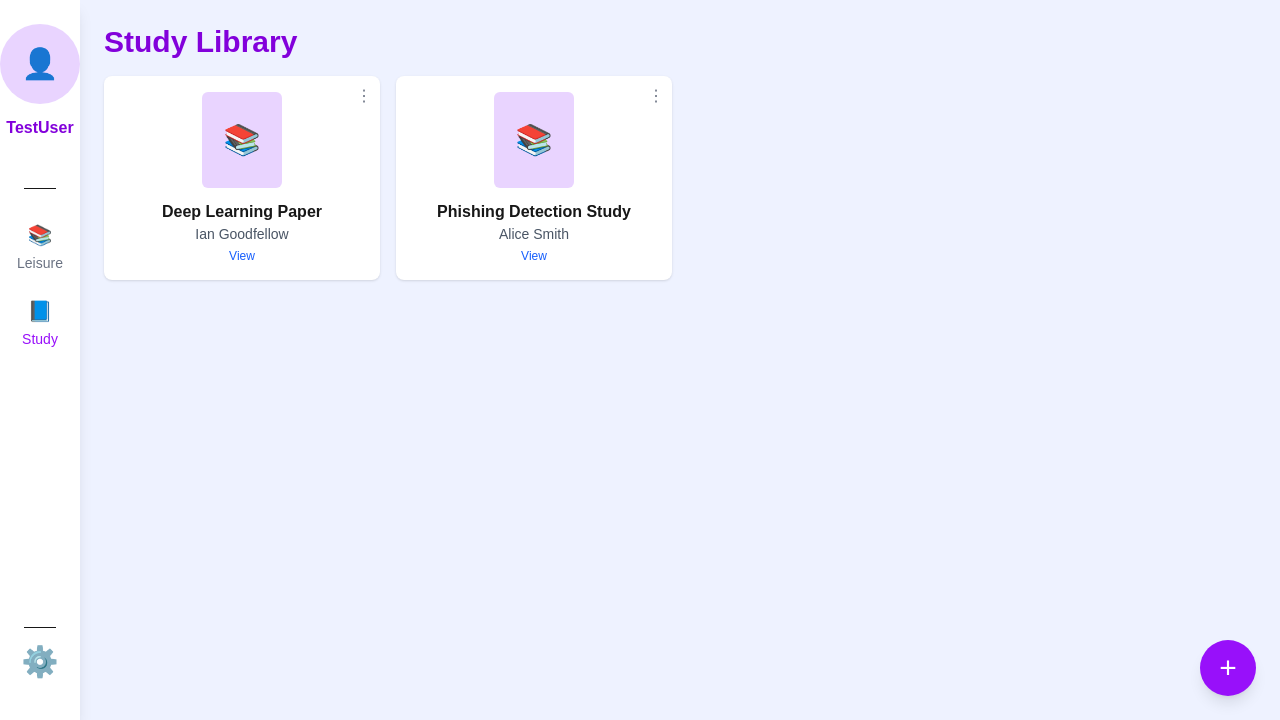
Repository: ramosfranz/bookie
Page: /dashboard
These files come from the project's save history. The page is drawn as it stood at one moment and after the next save; the edit follows.
The browser window is 1280 px wide. The pictures show the whole page.
The project was rebuilt for these pictures with package versions that can differ from the ones it lists, and the page was loaded fresh each time. The framework's server and built-in components were replaced by stand-ins that run in the browser. Also part of the build but not shown: next.config.ts.

Above is the page before, as saved 2025-11-20 12:45:50.

### src/app/layout.tsx
import type { Metadata } from "next";
import { Geist, Geist_Mono } from "next/font/google";
import "./globals.css";

const geistSans = Geist({
  variable: "--font-geist-sans",
  subsets: ["latin"],
});

const geistMono = Geist_Mono({
  variable: "--font-geist-mono",
  subsets: ["latin"],
});

export const metadata: Metadata = {
  title: "Bookie",
  description: "Generated by create next app",
};

export default function RootLayout({
  children,
}: Readonly<{
  children: React.ReactNode;
}>) {
  return (
    <html lang="en">
      <body
        className={`${geistSans.variable} ${geistMono.variable} antialiased`}
      >
        {children}
      </body>
    </html>
  );
}

### src/app/dashboard/page.tsx
// src/app/dashboard/page.tsx
"use client";

import { useState } from "react";

// Hardcoded dummy user
const dummyUser = {
  id: "00000000-0000-0000-0000-000000000001",
  email: "test@example.com",
  username: "TestUser",
  avatar_url: "",
  preferences: {},
};

// Dummy libraries
const initialResearchLibrary = [
  { id: "1", title: "Deep Learning Paper", authors: ["Ian Goodfellow"], url: "https://example.com/dl-paper.pdf" },
  { id: "2", title: "Phishing Detection Study", authors: ["Alice Smith"], url: "https://example.com/phishing-study.pdf" },
];

const initialLeisureLibrary = [
  { id: "1", title: "Harry Potter", authors: ["J.K. Rowling"], url: "https://example.com/harry-potter" },
  { id: "2", title: "The Hobbit", authors: ["J.R.R. Tolkien"], url: "https://example.com/the-hobbit" },
];

export default function Dashboard() {
  const user = dummyUser;
  const [activeTab, setActiveTab] = useState<"research" | "leisure">("research");
  const [researchLibrary, setResearchLibrary] = useState(initialResearchLibrary);
  const [leisureLibrary, setLeisureLibrary] = useState(initialLeisureLibrary);

  // Form state
  const [formTitle, setFormTitle] = useState("");
  const [formAuthors, setFormAuthors] = useState("");
  const [formUrl, setFormUrl] = useState("");
  const [editingId, setEditingId] = useState<string | null>(null);
  const [showModal, setShowModal] = useState(false);

  const currentLibrary = activeTab === "research" ? researchLibrary : leisureLibrary;
  const setCurrentLibrary =
    activeTab === "research" ? setResearchLibrary : setLeisureLibrary;

  // Add/Edit
  const handleSubmit = (e: React.FormEvent) => {
    e.preventDefault();
    if (!formTitle.trim()) return;

    const authorsArray = formAuthors.split(",").map((a) => a.trim());

    if (editingId) {
      // Edit
      setCurrentLibrary((prev) =>
        prev.map((item) =>
          item.id === editingId
            ? { ...item, title: formTitle, authors: authorsArray, url: formUrl }
            : item
        )
      );
    } else {
      // Add
      const newItem = {
        id: Math.random().toString(36).substr(2, 9),
        title: formTitle,
        authors: authorsArray,
        url: formUrl,
      };
      setCurrentLibrary((prev) => [...prev, newItem]);
    }

    setFormTitle("");
    setFormAuthors("");
    setFormUrl("");
    setEditingId(null);
    setShowModal(false);
  };

  // Delete
  const handleDelete = (id: string) => {
    setCurrentLibrary((prev) => prev.filter((item) => item.id !== id));
  };

  // Edit
  const handleEdit = (item: { id: string; title: string; authors: string[]; url: string }) => {
    setEditingId(item.id);
    setFormTitle(item.title);
    setFormAuthors(item.authors.join(", "));
    setFormUrl(item.url);
    setShowModal(true);
  };

  const [activeDropdown, setActiveDropdown] = useState<string | null>(null);
const [confirmDelete, setConfirmDelete] = useState<{ id: string; title: string } | null>(null);
const [isCollapsed, setIsCollapsed] = useState(false);


  return (
  <div className="min-h-screen bg-indigo-50 flex">

    {/* LEFT SIDEBAR */}
    <aside className="w-[5%] min-w-[80px] bg-white shadow-lg p-6 flex flex-col items-center">

      {/* Profile Section */}
      <div className="mb-8 flex flex-col items-center">
        <div className="w-20 h-20 bg-purple-200 rounded-full flex items-center justify-center text-3xl">
          👤
        </div>
        <p className="mt-3 font-semibold text-purple-700">{user.username}</p>
      </div>

      {/* Section Separator */}
      <div className="w-full border-t my-4"></div>

      {/* Library Icons */}
      <nav className="flex flex-col items-center gap-6 mt-4">

        {/* Leisure */}
        <button
          onClick={() => setActiveTab("leisure")}
          className={`flex flex-col items-center text-xl ${
            activeTab === "leisure"
              ? "text-purple-600"
              : "text-gray-500 hover:text-gray-700"
          }`}
        >
          📚
          <span className="text-sm mt-1">Leisure</span>
        </button>

        {/* Research */}
        <button
          onClick={() => setActiveTab("research")}
          className={`flex flex-col items-center text-xl ${
            activeTab === "research"
              ? "text-purple-600"
              : "text-gray-500 hover:text-gray-700"
          }`}
        >
          📘
          <span className="text-sm mt-1">Study</span>
        </button>
      </nav>

      {/* Bottom Separator */}
      <div className="w-full border-t my-4 mt-auto"></div>

      {/* Settings */}
      <button className="text-gray-500 hover:text-gray-700 text-3xl mb-4">
        ⚙️
      </button>

    </aside>

    {/* MAIN CONTENT */}
    <main className="flex-1 p-6 relative">

      <h1 className="text-3xl font-bold text-purple-700 mb-4">
        {activeTab === "research" ? "Study Library" : "Leisure Library"}
      </h1>

      {/* Grid View */}
      <div className="grid grid-cols-2 sm:grid-cols-3 md:grid-cols-4 gap-4">
        {currentLibrary.map((item) => (
          <div
            key={item.id}
            className="relative p-4 bg-white rounded-lg shadow flex flex-col items-center hover:shadow-md transition"
          >
            {/* Top-right 3-dot menu */}
            <div className="absolute top-2 right-2">
              <div className="relative inline-block text-left">
                <button
                  className="text-gray-500 hover:text-gray-700"
                  onClick={() => setActiveDropdown(item.id)}
                >
                  ⋮
                </button>

                {activeDropdown === item.id && (
                  <div className="origin-top-right absolute right-0 mt-2 w-28 rounded-md shadow-lg bg-white ring-1 ring-black ring-opacity-5 z-50">
                    <div className="py-1">
                      <button
                        onClick={() => {
                          handleEdit(item);
                          setActiveDropdown(null);
                        }}
                        className="w-full text-left px-4 py-2 text-sm text-gray-700 hover:bg-gray-100"
                      >
                        Edit
                      </button>
                      <button
                        onClick={() => {
                          setConfirmDelete({ id: item.id, title: item.title });
                          setActiveDropdown(null);
                        }}
                        className="w-full text-left px-4 py-2 text-sm text-red-600 hover:bg-gray-100"
                      >
                        Delete
                      </button>
                    </div>
                  </div>
                )}
              </div>
            </div>

            {/* Book Icon */}
            {item.url ? (
              <a
                href={item.url}
                target="_blank"
                rel="noopener noreferrer"
                className="w-16 h-20 sm:w-20 sm:h-24 bg-purple-200 rounded-md mb-3 flex items-center justify-center text-3xl hover:bg-purple-300 transition"
              >
                📚
              </a>
            ) : (
              <div className="w-16 h-20 sm:w-20 sm:h-24 bg-purple-200 rounded-md mb-3 flex items-center justify-center text-3xl">
                📚
              </div>
            )}

            <strong className="text-center text-sm sm:text-base">{item.title}</strong>
            <p className="text-xs sm:text-sm text-gray-600 text-center">
              {item.authors.join(", ")}
            </p>

            {/* Optional View link */}
            {item.url && (
              <a
                href={item.url}
                target="_blank"
                rel="noopener noreferrer"
                className="text-blue-600 text-xs mt-1 hover:underline"
              >
                View
              </a>
            )}
          </div>
        ))}
      </div>

      {/* Floating + Button */}
      <button
        className="fixed bottom-6 right-6 w-14 h-14 bg-purple-600 text-white text-3xl rounded-full shadow-lg hover:bg-purple-700 transition flex items-center justify-center"
        onClick={() => setShowModal(true)}
      >
        +
      </button>

      {/* Modal */}
      {showModal && (
        <div className="fixed inset-0 bg-black/50 flex items-center justify-center z-50">
          <div className="bg-white rounded-lg p-6 w-full max-w-sm relative">
            <button
              className="absolute top-2 right-2 text-gray-500 hover:text-gray-700"
              onClick={() => setShowModal(false)}
            >
              ✕
            </button>
            <h2 className="text-xl font-bold mb-4">
              {editingId ? "Edit Entry" : "Add Entry"}
            </h2>
            <form onSubmit={handleSubmit} className="flex flex-col gap-3">
              <input
                type="text"
                placeholder="Title"
                value={formTitle}
                onChange={(e) => setFormTitle(e.target.value)}
                className="px-3 py-2 border rounded-lg"
                required
              />
              <input
                type="text"
                placeholder="Authors (comma separated)"
                value={formAuthors}
                onChange={(e) => setFormAuthors(e.target.value)}
                className="px-3 py-2 border rounded-lg"
              />
              <input
                type="url"
                placeholder="URL"
                value={formUrl}
                onChange={(e) => setFormUrl(e.target.value)}
                className="px-3 py-2 border rounded-lg"
              />
              <button
                type="submit"
                className="px-4 py-2 bg-purple-600 text-white rounded-lg hover:bg-purple-700 transition"
              >
                {editingId ? "Save" : "Add"}
              </button>
            </form>
          </div>
        </div>
      )}
    </main>
  </div>
  );
}

Loaded but not shown: src/app/globals.css (common file)

After the next save:
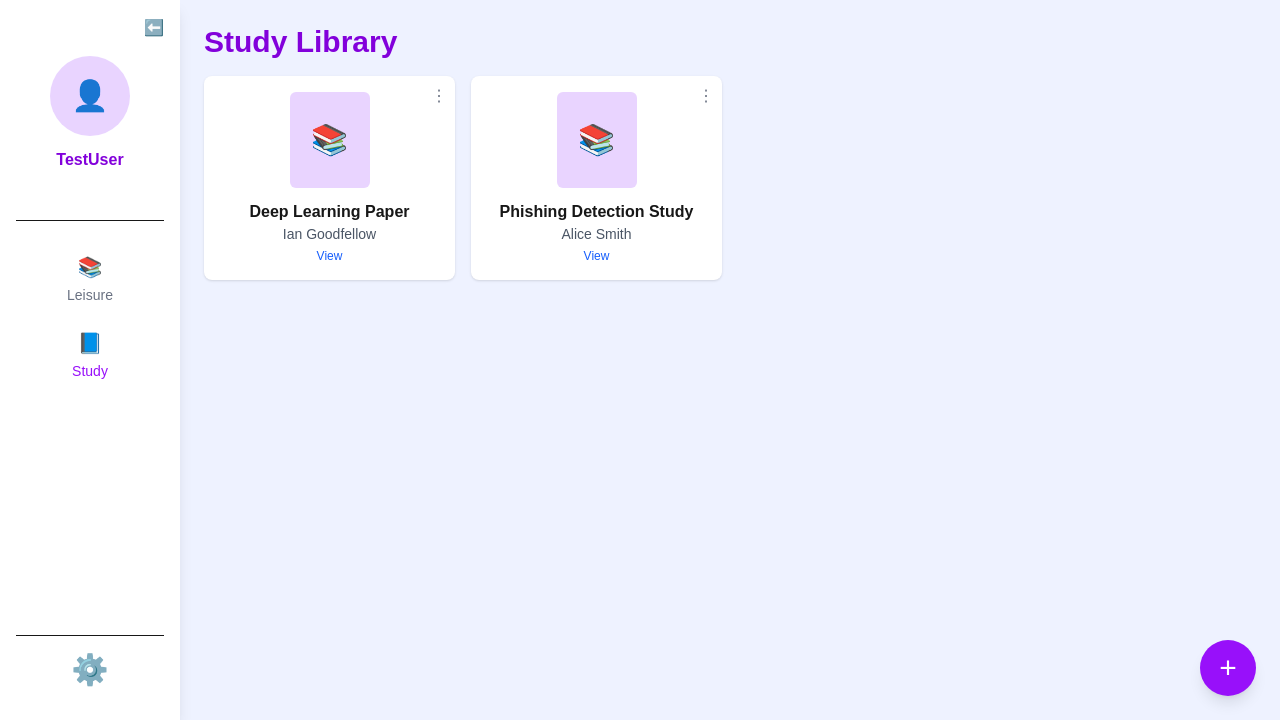
Saved 45 s later.
--- a/src/app/dashboard/page.tsx
+++ b/src/app/dashboard/page.tsx
@@ -97,7 +97,17 @@ const [isCollapsed, setIsCollapsed] = useState(false);
   <div className="min-h-screen bg-indigo-50 flex">
 
     {/* LEFT SIDEBAR */}
-    <aside className="w-[5%] min-w-[80px] bg-white shadow-lg p-6 flex flex-col items-center">
+    <aside
+  className={`${
+    isCollapsed ? "w-[70px]" : "w-[180px]"
+  } bg-white shadow-lg p-4 flex flex-col items-center transition-all duration-300`}
+>
+<button
+  onClick={() => setIsCollapsed(!isCollapsed)}
+  className="self-end text-gray-500 hover:text-gray-700 mb-4"
+>
+  {isCollapsed ? "➡️" : "⬅️"}
+</button>
 
       {/* Profile Section */}
       <div className="mb-8 flex flex-col items-center">
